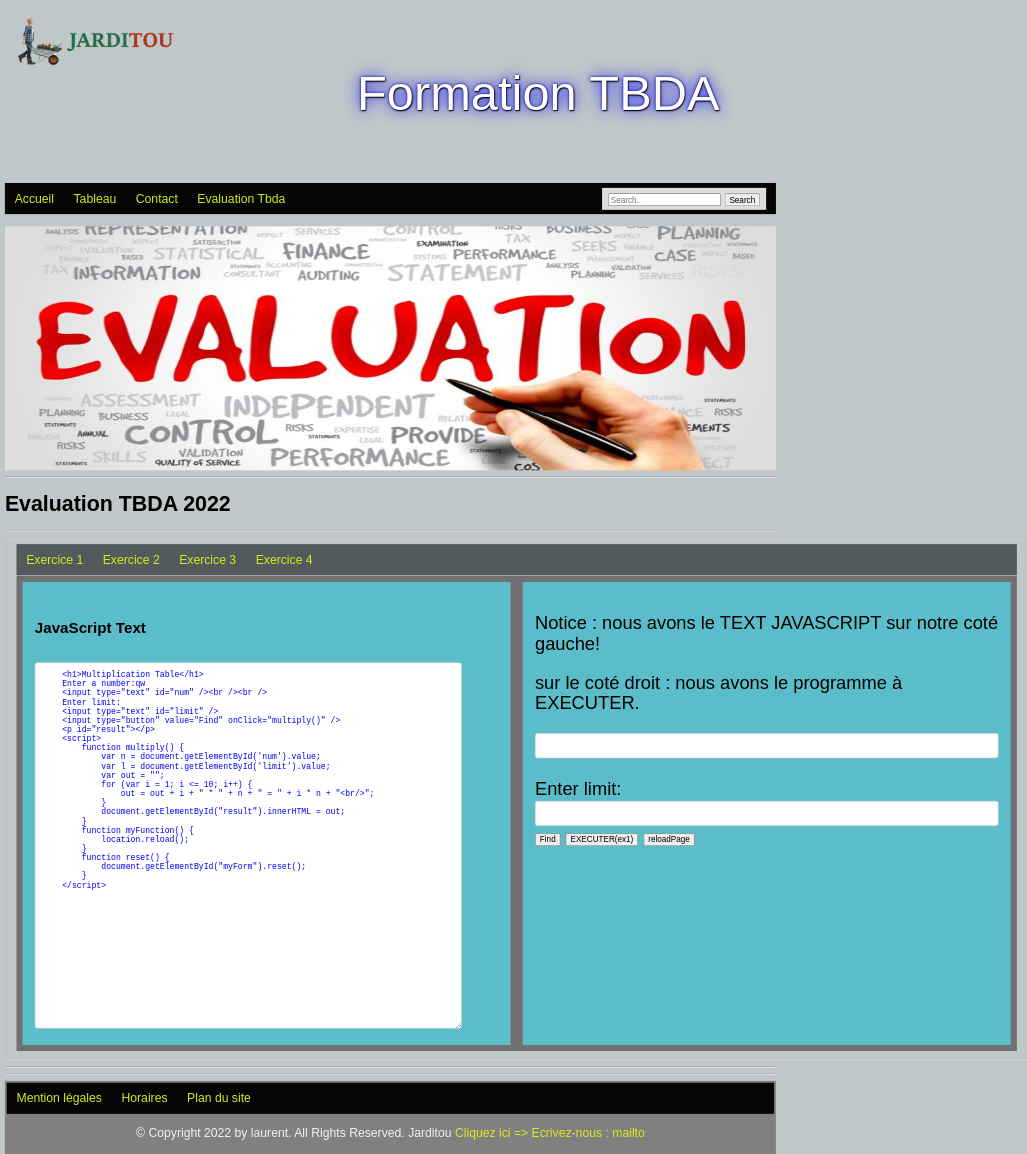
Repository: laurentbul/jarditou
Page: javascript/EvaluationTbda/evaluation_tbda.html
An editor plug-in stored every save of this project. The page is shown before and after the next save, followed by the edit.
The browser window is 1280 px wide. The page is 1684 px wide, so the pictures cover 1684 px, including what lies to the right of the window. The pictures show the whole page, at 61% of full size.

Above is the page before, as saved 2022-12-15 04:11:01.

### javascript/EvaluationTbda/evaluation_tbda.html
<!DOCTYPE html>
<html lang="fr">

<head>
  <meta charset="UTF-8">
  <meta http-equiv="X-UA-Compatible" content="IE=edge">
  <meta name="viewport" content="width=device-width, initial-scale=1.0">
  <title>cours exercices HTML</title>
  <link rel="stylesheet" href="../assets/css/style.css" />

  <style>
    .flex-container2 {
      display: flex;
      background-color: rgb(114, 111, 113);
       justify-content: center;
    }

    .flex-container2>div {
      background-color: #5cbdca;
      margin: 10px;
      padding: 20px;
      font-size: 30px;
      width: 800px;
    }
  </style>
</head>

<body>
  <div class="flex-container">
    <div class="logo"><img src="../assets/img/jarditou_logo.png" alt="jarditou logo" title="jarditou logo"
        height="80" />
    </div>
    <div>
      <p class="slogan">Formation TBDA </p>
    </div>
  </div>
  <nav>
    <ul>
      <li><a href="../index.html">Accueil</a></li>
      <li><a href="../table.html">Tableau</a></li>
      <li><a href="../contact.html">Contact</a></li>
      <li><a href="../EvaluationTbda/evaluation_tbda.html">Evaluation Tbda</a></li>
      <li class="search-container">
        <div>
          <form action="/action_page.php">
            <input type="text" class="searchinput" placeholder="Search.." name="search" />
            <button type="submit">Search</button>
          </form>
        </div>
      </li>
    </ul>
  </nav>

  <img src="../assets/img/evaluation2.jpg" width="500" height="400" alt="qu'est ce que html" class="imgpromotion"
    title="promotion jarditou" />
  <hr />
  <h1>Evaluation TBDA 2022</h1>
  <hr>
  <fieldset>
    <nav style="padding:1px 0; font-size:20px;">
        <ul style="background-color: #525a5b;">
            <li><a href="eval_ex1.html">Exercice 1 </a></li>
            <li><a href="eval_ex2.html">Exercice 2 </a></li>
            <li><a href="eval_ex3.html">Exercice 3</a></li>
            <li><a href="eval_ex4.html">Exercice 4</a></li>
        </ul>
    </nav>
    <div class="flex-container2">
        <div id="code">
            <h5>JavaScript Text</h5>
            <textarea style="height: 600px;width: 700px; color: blue;">
    <h1>Multiplication Table</h1>
    Enter a number:qw
    <input type="text" id="num" /><br /><br />
    Enter limit:
    <input type="text" id="limit" />
    <input type="button" value="Find" onClick="multiply()" />
    <p id="result"></p>
    <script>
        function multiply() {
            var n = document.getElementById('num').value;
            var l = document.getElementById('limit').value;
            var out = "";
            for (var i = 1; i <= 10; i++) {
                out = out + i + " * " + n + " = " + i * n + "<br/>";
            }
            document.getElementById("result").innerHTML = out;
        }
        function myFunction() {
            location.reload();
        }
        function reset() {
            document.getElementById("myForm").reset();
        }
    </script>
</textarea>
        </div>
        <div id="ex1">
            <div>
                <p>Notice : nous avons le TEXT JAVASCRIPT sur notre coté gauche!</p>
                <p> sur le coté droit : nous avons le programme à EXECUTER.</p>
                <input type="text" id="num" /><br /><br />
                Enter limit:
                <input type="text" id="limit" />
                <input type="button" value="Find" onClick="multiply()" />
                <input type="button" onclick="multiply() " value="EXECUTER(ex1)">
                <input type="button" onclick="myFunction()" value="reloadPage">
                <p id="result"></p>
            </div>
        </div>
    </div>
</fieldset>
<hr>
<script>
    function multiply() {
        var n = document.getElementById('num').value;
        var l = document.getElementById('limit').value;
        var out = "";
        for (var i = 1; i <= 10; i++) {
            out = out + i + " * " + n + " = " + i * n + "<br/>";
        }
        document.getElementById("result").innerHTML = out;
    }
    function myFunction() {
        location.reload();
    }
    function reset() {
        document.getElementById("myForm").reset();
    }
</script>
<hr>
<footer>
    <nav>
        <ul>
            <li><a href="mentionlegale.html">Mention légales</a></li>
            <li><a href="horaire.html">Horaires</a></li>
            <li><a href="plandusite.html">Plan du site</a></li>
        </ul>
    </nav>
    <p style="color: rgb(244, 238, 238);">
        &copy; Copyright 2022 by laurent. All Rights Reserved. Jarditou
        <a href="mailto:dave.loper@afpa.fr" title="Nous contacter">
            Cliquez ici => Ecrivez-nous : mailto
        </a>
    </p>
</footer>
</body>

</html>

### javascript/assets/css/style.css
body {
  font-family: Arial, Helvetica, sans-serif;
  padding: 0px;
  background-color: rgb(192, 199, 201);
  font-size: 20px;
  height: 1500px;
}
h1{font-size: 35px;
}
h2{font-size: 20px;
}
.flex-container {
  display: flex;
}

.flex-container>div {
  padding: 20px;
}

.jarditou_logo {
  height: 80px;
}

.slogan {
  color: white;
  text-shadow: 1px 1px 2px black, 0 0 25px blue, 0 0 5px darkblue;
  font-size: 40px;
  margin-left: 250px;
  font-size: 80px;
}

ul {
  list-style-type: none;
  margin: 0;
  padding: 0;
  overflow: hidden;
  background-color: rgb(5, 5, 5);
}

li {
  float: left;
}

li a {
  display: block;
  color: white;
  text-align: center;
  padding: 14px 16px;
  text-decoration: none;
}

li a:hover:not(.active) {
  background-color: rgb(240, 10, 10);
}

.active {
  background-color: #4caf50;
}

a:link {
  color: rgb(214, 235, 28);
  background-color: transparent;
  text-decoration: none;
}

ul.a {

  background-color: rgb(179, 167, 167);

  color:rgb(42, 226, 211);

}


aside {
  width: 30%;
  height: 25%px;
  padding-left: 15px;
  float: right;
  font-style: italic;
  background-color: lightgray;
  margin-right: 60px;
  /*display:none */ /*===========correction =======================*/
}



.imgpromotion {
  display: block;
  margin-top: 20px;
  margin-left: auto;
  margin-right: auto;
  width: 100%;
}


footer {
  text-align: center;
  padding: 3px;
  background-color: gray;
  color: white;
}


.search-container {
  float: right;
  padding: 6px 10px;
  margin-top: 8px;
  margin-right: 16px;
  background: #ddd;
  font-size: 20px;
  border: none;
  cursor: pointer;
}


* {
  box-sizing: border-box;
}

input[type=text]:not(.searchinput),
select,
textarea {
  width: 100%;
  padding: 12px;
  border: 1px solid #ccc;
  border-radius: 4px;
  resize: vertical;
}



input[type=submit] {
  display: block;
  margin: 0px;
  width: 100%;
  padding: 12px;
  background-color: rgb(211, 211, 212);
}


input[type=submit]:hover {
  background-color: #d6c82f;
}

.container {
  border-radius: 5px;
  background-color: #af1818;
  padding: 20px;
}

#pays {
  font-size: 20px;
}

#birthday {
  font-size: 20px;
}

table {
  margin-bottom: 50px;
  margin-left: 100px;
}


th,
td {
  border: 1px solid black;
  border-collapse: collapse;
  margin-left: 100px;
  margin-bottom: 10px;
  background-color: #3f3324;
}

th {
  background-color: gray;
}

tr {
  color: azure;
}

table {
  width: 50%;
}

.btncontact {
  height: 45px;
  width: 200px;
  background-color: hsl(127, 4%, 46%);
  font-size: 20px;
  margin-left: 100px;
}

.btncontact:hover {
  background-color: #6ab0d8;
  color: white;
}

/* Responsive layout - when the screen is less than 768px wide, make the two columns stack on top of each other instead of next to each other */
@media screen and (max-width: 768px) {

  body {

    background-color: lavender;
    font-size: 14px;
  }


  .flex-container {
    display: flex;
  }

  .flex-container>div {
    padding: 0px;

  }

  .jarditou_logo {
    height: 80px;
  }

  .slogan {
    color: white;
    text-shadow: 1px 1px 2px black, 0 0 25px blue, 0 0 5px darkblue;
    margin-left: 0px;
    font-size: 40px;
  }

  ul {
    list-style-type: none;
    background-color: #367791;
    width: 768px;
  }

  li {
    background-color: rgb(10, 10, 10);
    display: flex;
    justify-content: center;
    width: 768px;
  }

  li a:hover:not(.active) {
    background-color: rgb(240, 10, 10);
  }

  aside{
    visibility: hidden;
}


}

.error{
  color: rgb(197, 22, 22);
}

After the next save:
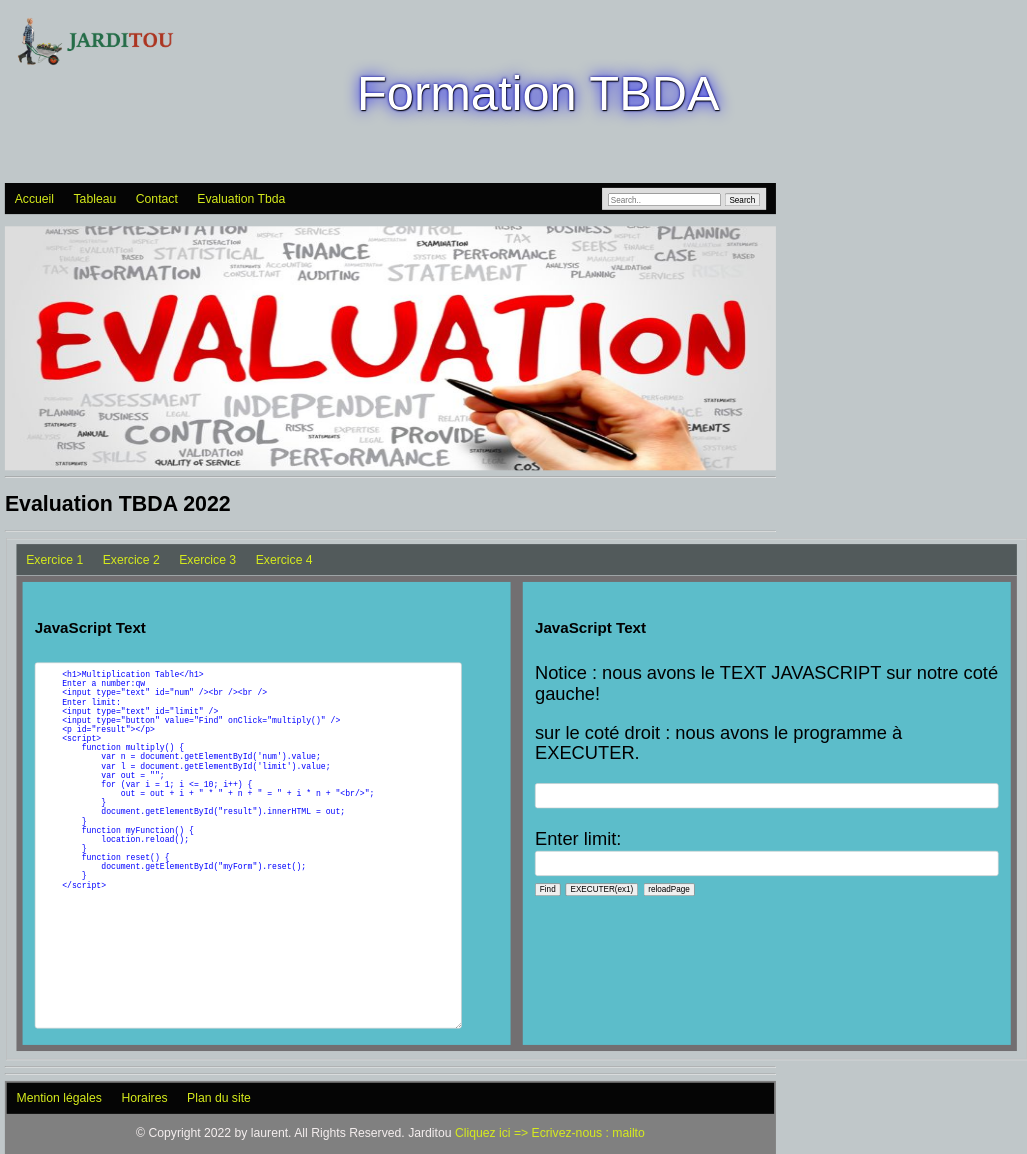
Saved 76 s later.
--- a/javascript/EvaluationTbda/evaluation_tbda.html
+++ b/javascript/EvaluationTbda/evaluation_tbda.html
@@ -97,6 +97,7 @@
         </div>
         <div id="ex1">
             <div>
+              <h5>JavaScript Text</h5>
                 <p>Notice : nous avons le TEXT JAVASCRIPT sur notre coté gauche!</p>
                 <p> sur le coté droit : nous avons le programme à EXECUTER.</p>
                 <input type="text" id="num" /><br /><br />
